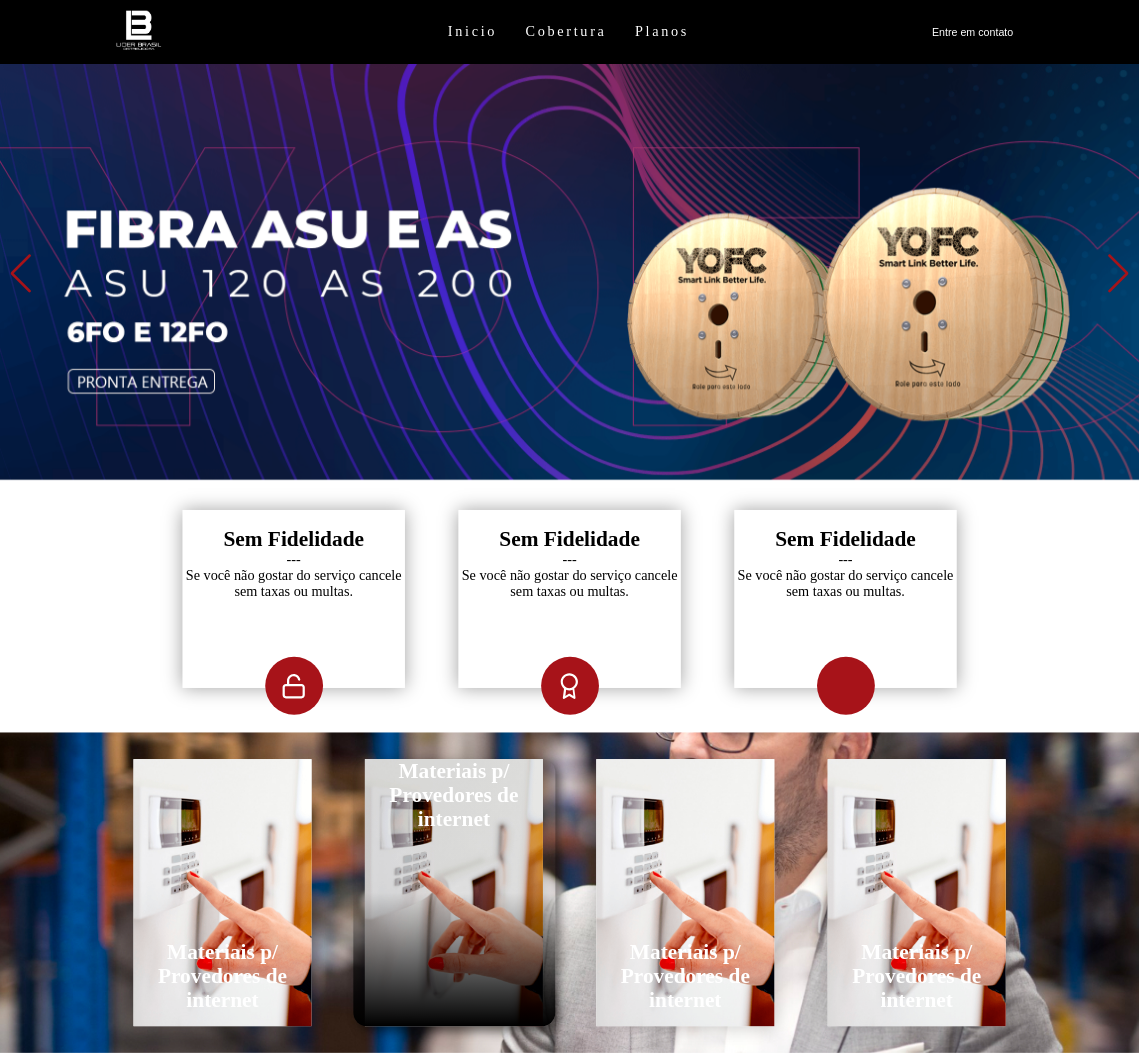
Repository: mateus-henrique-silva/Novo_institucional_lider
Page: index.html
These files come from the project's save history. The page is drawn as it stood at one moment and after the next save; the edit follows.
The browser window is 1280 px wide. The pictures show the whole page, at 89% of full size.
Backgrounds fixed to the window are drawn as part of the page. Some web fonts or font styles are not loaded; a fallback is used.

Above is the page before, as saved 2022-09-06 10:20:30.
Console error: SyntaxError: Identifier 'MobileNavbar' has already been declared

### index.html
<!DOCTYPE html>
<html lang="en">
  <head>
    <meta charset="UTF-8" />
    <meta http-equiv="X-UA-Compatible" content="IE=edge" />
    <meta name="viewport" content="width=device-width, initial-scale=1.0" />
    <meta
      name="viewport"
      content="width=device-width, user-scalable=yes, initial-scale=1.0, maximum-scale=10, minimum-scale=1.0"
    />
    <link rel="stylesheet" href="./src/CSS/Global.css" />
    <link rel="stylesheet" href="./src/CSS/Header/style.css" />
    <link rel="stylesheet" href="./src/CSS/Main/style.css" />
    <link rel="stylesheet" href="./src/CSS/Main/Carousel/styles.css" />
    <link rel="stylesheet" href="./src/CSS/Main/Box/style.css" />
    <link rel="stylesheet" href="./src/CSS/Main/Products/style.css" />
    <link
      rel="stylesheet"
      href="https://unpkg.com/swiper@8/swiper-bundle.min.css"
    />

    <title>Líder Brasil</title>
  </head>
  <body>
    <header>
      <nav>
        <a class="logo"
          ><img src="./src/Assets/Logo/lb.png" width="50" alt=""
        /></a>
        <div class="mobile-menu">
          <div class="line1"></div>
          <div class="line2"></div>
          <div class="line3"></div>
        </div>
        <ul class="nav-list">
          <li><a href="#network index.html">Inicio</a></li>
          <li><a href="#map-container">Cobertura</a></li>
          <li><a href="#container">Planos</a></li>
        </ul>
        <ul>
          <li style="list-style: none; font-size: 10px">
            <a
              href="#"
              style="
                font-size: 12px;
                padding: 10px;
                font-family: arial;
                color: white;
              "
              onclick="openForm()"
              class="contact-header"
              >Entre em contato</a
            >
          </li>
        </ul>
      </nav>
    </header>
    <main>
      <section>
        <div class="swiper">
          <div class="swiper-wrapper">
            <div class="swiper-slide">
              <div class="project-img">
                <img
                  src="./src/Assets/img/carrossel/desktop/drop-desktop.png"
                  alt="Foto 01"
                />
              </div>
              <div class="project-img" id="mobile-img">
                <img
                  src="./src/Assets/img/carrossel/mobile/drop-mobile.png"
                  alt="Foto 03"
                />
              </div>
            </div>
            <div class="swiper-slide">
              <div class="project-img">
                <img
                  src="./src/Assets/img/carrossel/desktop/escada-desktop.png"
                  alt="Foto 01"
                />
              </div>
              <div class="project-img" id="mobile-img">
                <img
                  src="./src/Assets/img/carrossel/mobile/escada-mobile.png"
                  alt="Foto 03"
                />
              </div>
            </div>
            <div class="swiper-slide">
              <div class="project-img">
                <img src="./src/Assets/img/teste6.png" alt="Foto 01" />
              </div>
              <div class="project-img" id="mobile-img">
                <img src="./src/Assets/img/foto_03.png" alt="Foto 03" />
              </div>
            </div>
          </div>
          <div class="swiper-button-next"></div>
          <div class="swiper-button-prev"></div>
          <div class="swiper-pagination"></div>
        </div>
      </section>
      <section>
        <div class="section-box">
          <!-- card 1 -->

          <ul>
            <li class="box">
              <div class="box-inter">
                <h1>Sem Fidelidade</h1>
                <p>---</p>

                <p>
                  Se você não gostar do serviço cancele sem taxas ou multas.
                </p>
              </div>

              <div class="obj">
                <img
                  src="./src/Assets/img/icons/unlock.svg"
                  alt="arrowup"
                  srcset=""
                />
              </div>
            </li>
            <!-- card 2 -->
            <li class="box">
              <div class="box-inter">
                <h1>Sem Fidelidade</h1>
                <p>---</p>

                <p>
                  Se você não gostar do serviço cancele sem taxas ou multas.
                </p>
              </div>

              <div class="obj">
                <img
                  src="./src/Assets/img/icons/award.svg"
                  alt="arrowup"
                  srcset=""
                />
              </div>
            </li>
            <!-- card 3 -->
            <li class="box">
              <div class="box-inter">
                <h1>Sem Fidelidade</h1>
                <p>---</p>

                <p>
                  Se você não gostar do serviço cancele sem taxas ou multas.
                </p>
              </div>

              <div class="obj">
                <img
                  src="./src/Assets/img/icons/chevrons-up.svg"
                  alt="arrowup"
                  srcset=""
                />
              </div>
            </li>
          </ul>
        </div>
      </section>

      <section>
        <div class="background">
          <img
            class="img"
            src="./src/Assets/img/icons/aBlack.svg"
            alt=""
            srcset=""
          />

          <ul>
            <li>
              <div class="products">
                <button>text</button>
                <div>
                  <h2>Materiais p/ Provedores de internet</h2>
                </div>

              </div>
            </li>

            <li>

              <div class="products">
                <div class="back-radient">
                <button>text</button>
                <div>
                  <h2>Materiais p/ Provedores de internet</h2>
                </div>

              </div>
            </div>
            </li>

            <li>
              <div class="products">
                <button>text</button>
                <div>
                  <h2>Materiais p/ Provedores de internet</h2>
                </div>

              </div>
            </li>
            <li>
              <div class="products">
                <button>text</button>
                <div>
                  <h2>Materiais p/ Provedores de internet</h2>
                </div>

              </div>
            </li>
          </ul>
        </div>
      </section>
    </main>
    <footer></footer>
    <script src="https://unpkg.com/swiper@8/swiper-bundle.min.js"></script>
    <script src="./src/Scripts/Carousel/scripts.js"></script>
    <script src="./src/Scripts/Mobile/scripts.js"></script>
    <script src="./src/Scripts/Global.js"></script>
  </body>
</html>

### src/CSS/Global.css
@import url("https://fonts.googleapis.com/css2?family=Montserrat:ital,wght@0,100;0,200;0,300;0,400;0,500;0,600;0,700;0,800;0,900;1,100;1,200;1,300;1,400;1,500;1,600;1,700;1,800;1,900&family=Source+Serif+Pro:ital,wght@0,200;0,300;0,400;0,600;0,700;0,900;1,200;1,300;1,400;1,600;1,700;1,900&display=swap");

* {
  font-family: 'Source Serif Pro', serif;
  margin: 0;
  padding: 0;
  border: 0;

}


body{

}

### src/CSS/Header/style.css
header {
  width: 100%;
  background-color: black;
  margin-top: 0;
}
a {
  color: black;
  text-decoration: none;
  transition: 0.3s;
}

a:hover {
  opacity: 0.7;
}

.logo {
  align-items: center;
  width: 6%;

  text-transform: uppercase;
  letter-spacing: 4px;
}

.logo h1 {
  font-size: 12px;
}

nav {
  display: flex;
  z-index: 1;

  width: 100%;
  margin-top: 0;

  justify-content: space-around;
  align-items: center;
  background-color: black;
  height: 10vh;
}

.nav-list {
  text-align: center;
  justify-content: center;
  list-style: none;
  display: flex;
  z-index: 1;
}

.nav-list li {
  letter-spacing: 3px;
  margin-left: 32px;
}
.nav-list li a {
  color: white;
}
.nav-list li a:hover {
  color: #ff073b;
}

.mobile-menu {
  display: none;
  margin-left: 80px;
  cursor: pointer;
}

.mobile-menu div {
  transition: 0.3s;

  width: 32px;
  height: 2px;
  background: white;
  margin: 8px;
}

@media (max-width: 950px) {
  body {
    overflow-x: hidden;
  }

  .nav-list {
    position: absolute;
    top: 7vh;
    right: 0;
    width: 100vw;
    height: 100vh;
    background-color: white;
    flex-direction: column;
    color: white;
    /* align-items: center; */
    display: none;
    justify-content:flex-start;
    transition: 0.4s ease-in;
    /* justify-content: space-around; */
    transform: translateX(100%);
  }

  .nav-list li {
    margin-top:100px;
    margin-left: 0;
    opacity: 0;
  }

  .mobile-menu {
    display: block;
  }
  .contact-header {
    display: none;
  }

  .logo {
    margin-left:10px;
    width: 60%;
  }
}

.nav-list.active {
  transition: 0.3s;
  overflow-y: hidden;
  position: fixed;
  z-index: 10000;
  background-color: black;
  transform: translateX(0);
  display: flex;
}

.nav-list.active li {
  color: white!important;
  font-weight:bold;
}

.nav-list.active li {
  color: white;
}

@keyframes navLinkFade {
  from {
    opacity: 0;
    transform: translateX(50px);
  }

  to {
    opacity: 1;
    transform: translateX(0);
  }
}

.mobile-menu.active .line1 {
  transform: rotate(-45deg) translate(-8px, 8px);
}

.mobile-menu.active .line2 {
  opacity: 0;
}

.mobile-menu.active .line3 {
  transform: rotate(45deg) translate(-5px, -7px);
}

### src/CSS/Main/style.css
main{
    width: 100%;
    height: 100%;

    max-width: 100vw;
}


section{

    width: 100%;
    max-width: 100vw;
    height: 100%;
}


ul li {
    list-style: none;
}

### src/CSS/Main/Carousel/styles.css
.swiper {
    height: 100%!important;

  }

  .swiper-slide {
    text-align: center;
    display: flex;
    height: 100%!important;
    align-items: center;
    justify-content: center;
  }

  @media (max-width: 450px) {
    .swiper {
      height: 270px;
    }

    .project-img img{
      width: 100%;
      height: 100%!important;
    }
  }

  .project-img img{
    width: 100%;
    /* height: 80vh; */
  }



  .swiper-pagination-bullet{
    color: white !important;
    /* margin-top:-10px!important; */
    background-color:white !important;
  }

  /*
    largura => 3840
    Altura => 420

  */


  .swiper-button-next:after, .swiper-button-prev:after{
    color:#a71319 !important;
  }

  #mobile-img{
    display: none;
  }


  @media(max-width:999px){
    #mobile-img{
      display: block!important;
    }


    .project-img{
      display:none;
    }
  }


.menu{
  display:flex;
  flex-direction:column;
}

### src/CSS/Main/Box/style.css
.section-box {
  width: 100%;

  justify-content: center;
  align-items: center;
  display: flex;
}

.box {
  display: flex;
  flex-direction: column;
  /* justify-content: center; */

  justify-content: flex-end;
  align-items: center;
  height: 100%;
  margin: 30px;
  margin-bottom: 20px;
  /* width: 100%; */
  /* background-color: red; */
}

@media (max-width: 770px) {
  .section-box {
    width: 100%;
    justify-content: space-around;
    flex-direction: column;
    display: flex;
  }

  .box-inter {
    background-color: white;
    height: 100px;
    width: 200px;
    /* width: 100%; */
  }
}

@media (max-width: 480px) {
  .box-inter {
    height: 170px !important;
    width: 170px !important;
    /* width: 100%; */
  }

  .obj {
    height: 45px !important;

    margin-top: -35px;
    width: 45px !important;
  }

  .obj img {
    width: 20px !important;
  }
}

.box-inter {
  background-color: white;
  height: 200px;
  width: 250px;
  -webkit-box-shadow: 0px 0px 20px 0px rgba(0, 0, 0, 0.37);
  box-shadow: 0px 0px 20px 0px rgba(0, 0, 0, 0.37);
  display: flex;

  flex-direction: column;
  align-items: center;
  text-align: center;

  /* width: 100%; */
}

.box-inter h1 {
  margin-top: 20px;
  font-size: clamp(1em, 1em + 1vw, 1.5em);
}

.box p {
  font-size: clamp(1em, 1em + 0.5vw, 0.5em);
}
.obj {
  background-color: #a71319;
  height: 65px;

  border-radius: 50%;
  display: flex;
  align-items: center;
  justify-content: center;
  margin-top: -35px;
  width: 65px;
}

.obj img {
  width: 30px;
}

.section-box ul {
  display: flex;
  overflow-x: auto;
  width: 100%;
  justify-content: center;
  scroll-behavior: smooth;
}

.section-box .img-arrow {
  display: none;
}

@media (max-width: 600px) {
  .section-box .img-arrow {
    display: flex;
    justify-content: flex-end;

    animation: mymove 0.8s infinite;
  }
  .section-box ul {
    display: flex;
    overflow-x: auto;
    width: 100%;
    justify-content: flex-start;
    scroll-behavior: smooth;
  }
  @keyframes mymove {
    from {
      left: 280px;
    }
    to {
      left: 300px;
    }
  }
}

### src/CSS/Main/Products/style.css
.background {
  width: 100%;
  background: url("../../../Assets/img/Background/medio.jpg") no-repeat center
    fixed;
  height: 100%;
  display: flex;
  justify-content: space-around;
  justify-content: center;
  align-items: center;
}
.background ul {
  display: flex;
  overflow-x: auto;
  overflow-y: hidden;
  scroll-behavior: smooth;
  /* width: 100px; */
}
.background img {
  display: none;
}

.background ul li .products .img {
  display: flex;
}

.products {
  margin: 30px;
  background: url("../../../Assets/img/Background/products/alarme.png")
    no-repeat center;

  background-size: 100%;
  justify-content: flex-end;
  height: 300px;
  width: 200px;
  -webkit-box-shadow: 0px 0px 20px 0px rgba(0, 0, 0, 0.2) !important;
  box-shadow: 0px 0px 20px 0px rgba(0, 0, 0, 0.2) !important;
  background-color: white;
  display: flex;
  text-align: center;
  flex-direction: column;
  align-items: center;
  box-sizing: border-box;
  transition: 0.5s;
}

.products div h2 {
  margin-bottom: 15px;
   color:white;
  transition:2s;
}
.products:hover {
  justify-content: center;
  transition:2s;
}
.products:hover div h2 {

  display: none;
}
@media (max-width: 600px) {
  .background .img {
    position: absolute;
    margin-top: 170px;
    display: flex;
    justify-content: flex-end;
    animation: mymove 0.8s infinite;
  }

  @keyframes mymove {
    from {
      left: 280px;
    }
    to {
      left: 300px;
    }
  }
}

.products button {
  background-color: black;
  display: none;
  color: white;
  cursor: pointer;
  transition: 0.7s;
  padding: 8px 25px 8px;
}

.products:hover button {
  background-color: black;
  display: flex;

  color: white;
  cursor: pointer;
  padding: 8px 25px 8px;
}
.back-radient{
  width: 227px;
height: 100%;



background: linear-gradient(180deg, rgba(0, 0, 0, 0.0962963) 50%, #000000 100%);
box-shadow: 5px 6px 11px rgba(0, 0, 0, 0.45);
border-radius: 15px;
}

### src/Scripts/Mobile/scripts.js
class MobileNavbar{


    constructor(mobileMenu, navList, navLinks){
        this.mobileMenu = document.querySelector(mobileMenu);
        this.navList = document.querySelector(navList);
        this.navLinks = document.querySelectorAll(navLinks);
        this.activeClass = "active";
        this.hadleClick =  this.hadleClick.bind(this);


    }

    animateLinks(){
        this.navLinks.forEach((link, index)=>{

            var calc = index/7+0.3;


            link.style.animation
            ?(link.style.animation="")
            :(link.style.animation= `navLinkFade 0.5s ease forwards ${calc}s`);


        });


    }


    hadleClick(){


        this.navList.classList.toggle(this.activeClass);
        this.mobileMenu.classList.toggle(this.activeClass);
        this.animateLinks();
    }

    addClickEvent(){
        this.mobileMenu.addEventListener("click", this.hadleClick);


    }

    init(){

        if(this.mobileMenu){

            this.addClickEvent();
        }
        return this;
    }
    }



    const mobileNavbar = new MobileNavbar(

        ".mobile-menu",

        ".nav-list",

        ".nav-list li",


        );


    mobileNavbar.init();

### src/Scripts/Global.js
document.onmousedown=disableclick;
function disableclick(event)
{
  if(event.button==2)
   {
     return false;
   }
}

### src/Assets/img/icons/award.svg
<?xml version="1.0" encoding="utf-8"?>
<!-- Generator: Adobe Illustrator 24.0.1, SVG Export Plug-In . SVG Version: 6.00 Build 0)  -->
<svg version="1.1" id="Camada_1" xmlns="http://www.w3.org/2000/svg" xmlns:xlink="http://www.w3.org/1999/xlink" x="0px" y="0px"
	 viewBox="0 0 24 24" style="enable-background:new 0 0 24 24;" xml:space="preserve">
<style type="text/css">
	.st0{fill:#FFFFFF;}
</style>
<path class="st0" d="M19.5,8.1c0-4.3-3.5-7.7-7.7-7.7S4,3.9,4,8.1c0,2.5,1.2,4.7,3,6.1l-1.1,8.3c0,0.4,0.1,0.7,0.4,0.9
	c0.3,0.2,0.7,0.2,1,0l4.3-2.6l4.3,2.6c0.2,0.1,0.3,0.1,0.5,0.1c0.2,0,0.4-0.1,0.5-0.2c0.3-0.2,0.5-0.6,0.4-0.9l-1.1-8.3
	C18.3,12.8,19.5,10.6,19.5,8.1z M5.9,8.1c0-3.2,2.6-5.8,5.8-5.8s5.8,2.6,5.8,5.8s-2.6,5.8-5.8,5.8S5.9,11.3,5.9,8.1z M15.4,20.8
	l-3.1-1.9c-0.3-0.2-0.7-0.2-1,0l-3.1,1.9l0.7-5.5c0.9,0.4,1.9,0.6,2.9,0.6c1,0,2-0.2,2.9-0.6L15.4,20.8z"/>
</svg>

### src/Assets/img/icons/chevrons-up.svg
<svg xmlns="http://www.w3.org/2000/svg" width="24" height="24" viewBox="0 0 24 24" fill="none" stroke="" stroke-width="2" stroke-linecap="round" stroke-linejoin="round" class="feather feather-chevrons-up"><polyline points="17 11 12 6 7 11"></polyline><polyline points="17 18 12 13 7 18" color="white"></polyline></svg>

After the next save:
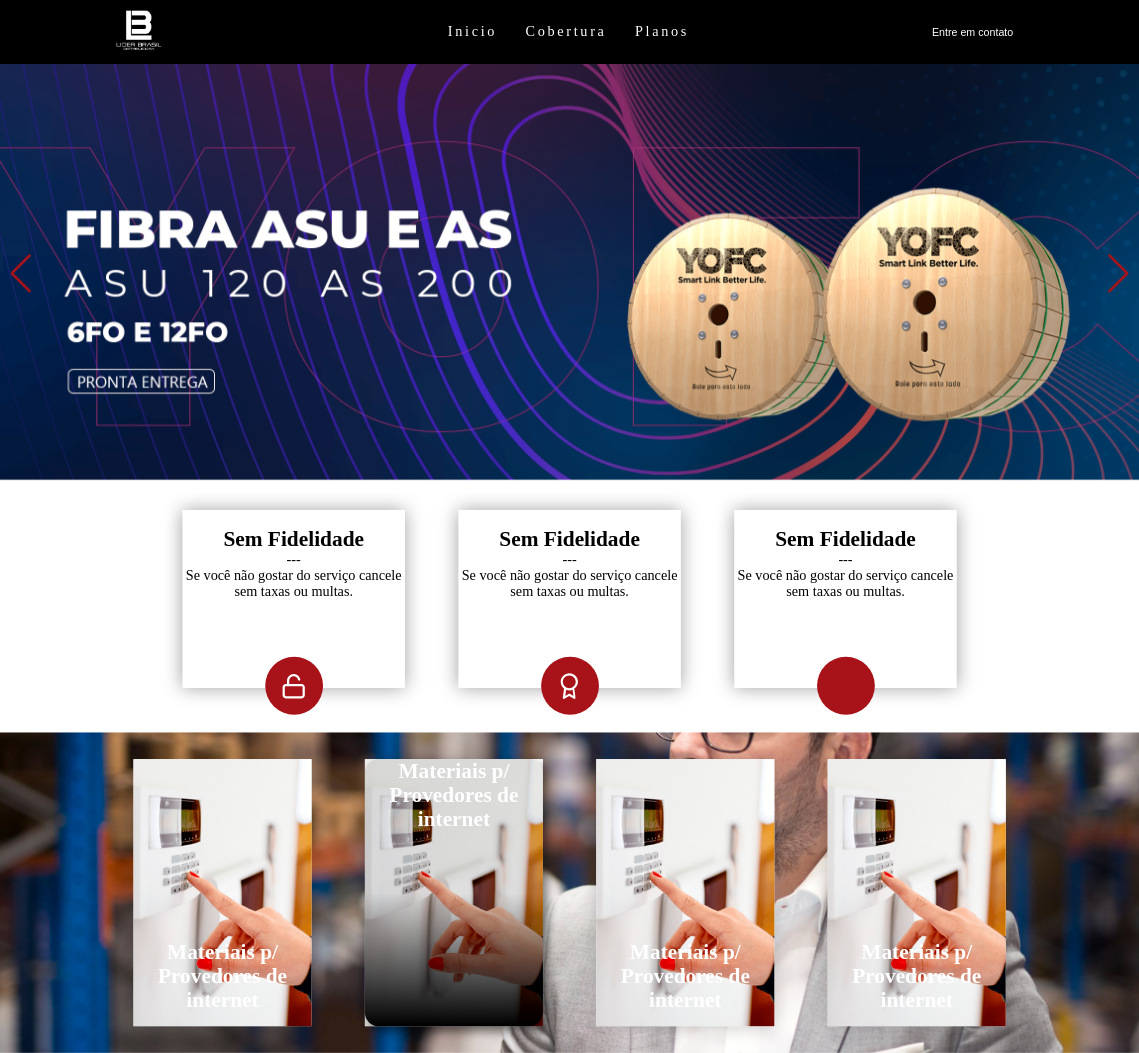
Saved 6 s later.
--- a/src/CSS/Main/Products/style.css
+++ b/src/CSS/Main/Products/style.css
@@ -93,7 +93,7 @@
   padding: 8px 25px 8px;
 }
 .back-radient{
-  width: 227px;
+  width: 100%;
 height: 100%;
 
 
